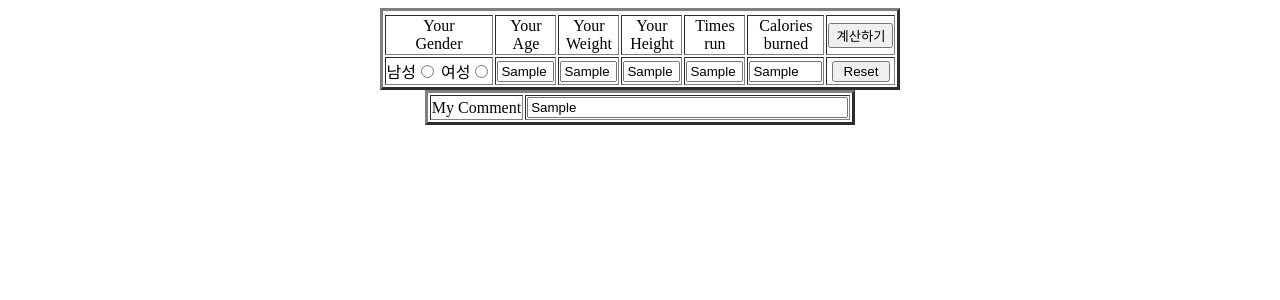
Repository: lgy880/AIWebDevelopment
Page: RUN_WAY/src/main/resources/static/html/ver2.html
The author's editor kept a copy of each file at every save. The page is drawn from the files as they stood at one save, then again after the next save.
The browser window is 1280 px wide. The pictures show the whole page.
Empty fields were first filled with sample values (such as "Sample", 5 or name@example.com).
After loading, the first visible `input` was clicked once.

Above is the page before, as saved 2021-08-05 06:46:13.
Console error: SyntaxError: Unexpected end of input

After the next save:
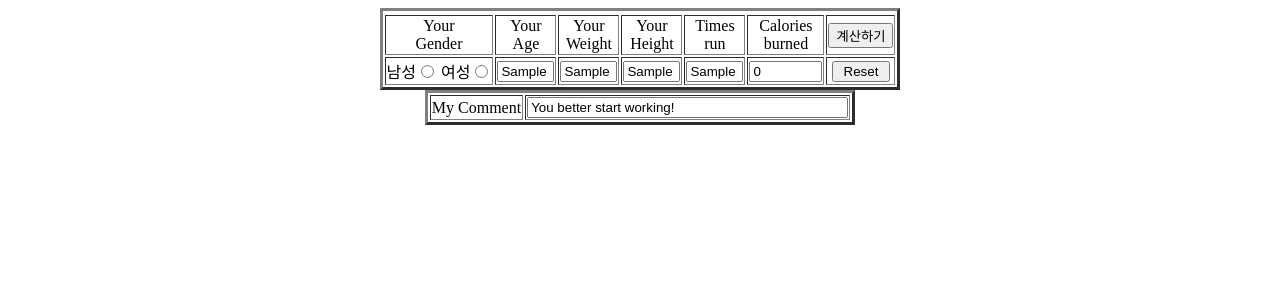
The error is gone.
Saved 81 s later.
--- a/RUN_WAY/src/main/resources/static/html/ver2.html
+++ b/RUN_WAY/src/main/resources/static/html/ver2.html
@@ -20,23 +20,14 @@
 
 		function HowMany(form) {
 			var difference;
-			difference = (myDistance * myWeight) * .653;
+			difference = 0;
 			if (myGender == "Male") {
 				difference = (66 + (13.7 * myWeight(kg)) + (5 * myHeight(cm)) - (6.8 * myAge)) * 3 / 24 * myTime;
-				$("#result_cal").html(predict_cal);
+			} else if (myGender == "Female") {
+				difference = (55 + (9.6 * myWeight(kg)) + (1.8 * myHeight(cm)) - (4.7 * myAge)) * 3 / 24 * myTime;
 			}
 
-
 			form.Fdiff.value = difference;
-
-
-			if (data.gender == "male") {
-				predict_cal = (66 + (13.7 * data.weight(kg)) + (5 * data.height(cm)) - (6.8 * data.age)) * 3 / 24 * wHour;
-				$("#result_cal").html(predict_cal);
-			} else if (data.gender == "female"){
-				predict_cal = (55 + (9.6 * data.weight(kg)) + (1.8 * data.height(cm)) - (4.7 * data.age)) * 3 / 24 * wHour;
-				$("#result_cal").html(predict_cal);
-
 
 			if (difference < 100) {
 				form.comment.value = "You better start working!";
